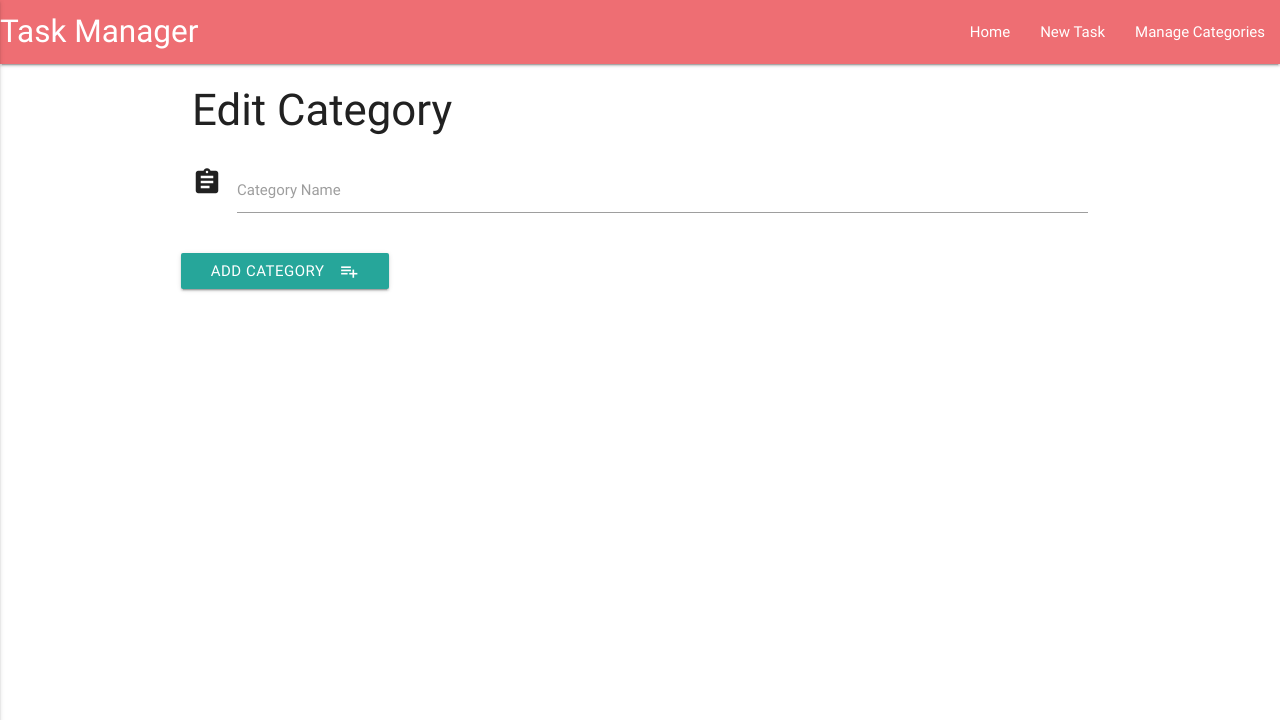
Repository: benbourgeois/task-manager
Page: http://localhost/new_category
The author's editor kept a record of every edit. The page is drawn from the files as they stood at one moment, then again after the next edit.
The browser window is 1280 px wide. The pictures show the whole page.
Some web libraries are served in a nearby version. The page is served by the project's application, run on Flask 3 (app.py).

Above is the page before.

After the next edit:
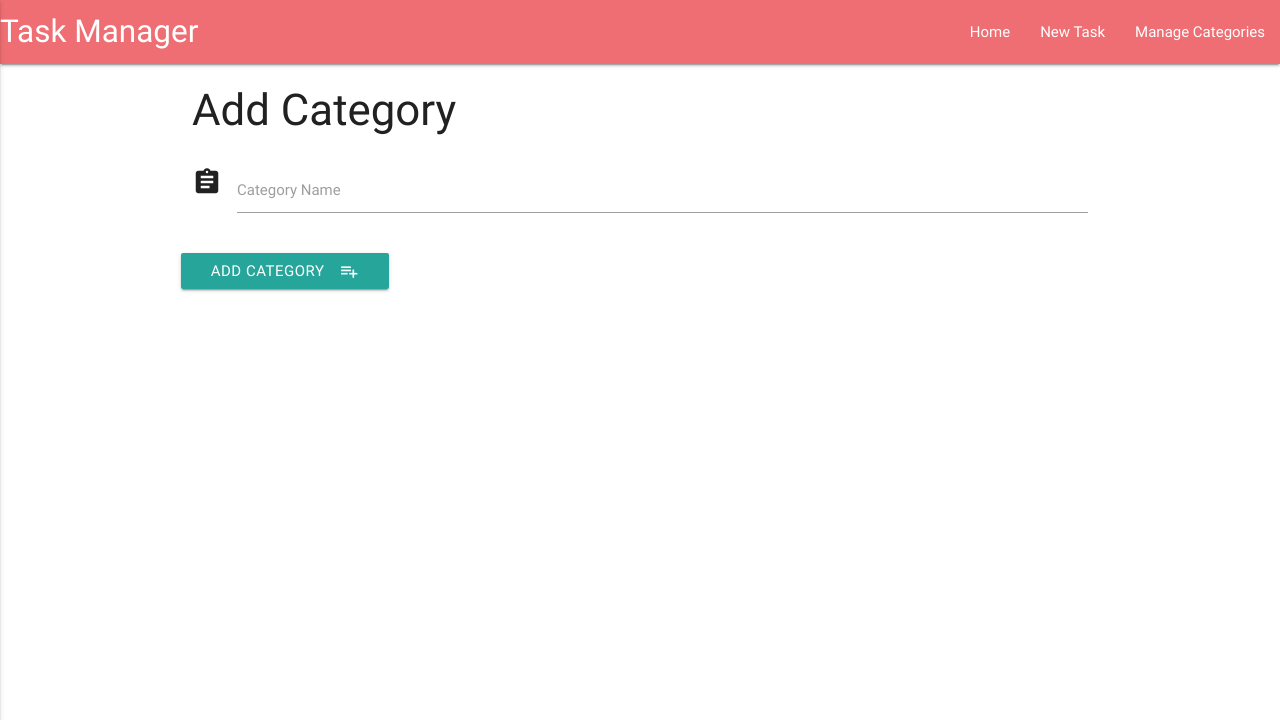
The edit:
--- a/templates/addcategory.html
+++ b/templates/addcategory.html
@@ -1,6 +1,6 @@
 {% extends 'base.html' %} {% block content %}
 
-<h3>Edit Category</h3>
+<h3>Add Category</h3>
 <div class="row">
     <form action="{{ url_for('insert_category') }}" method="POST" class="col s12">
 
